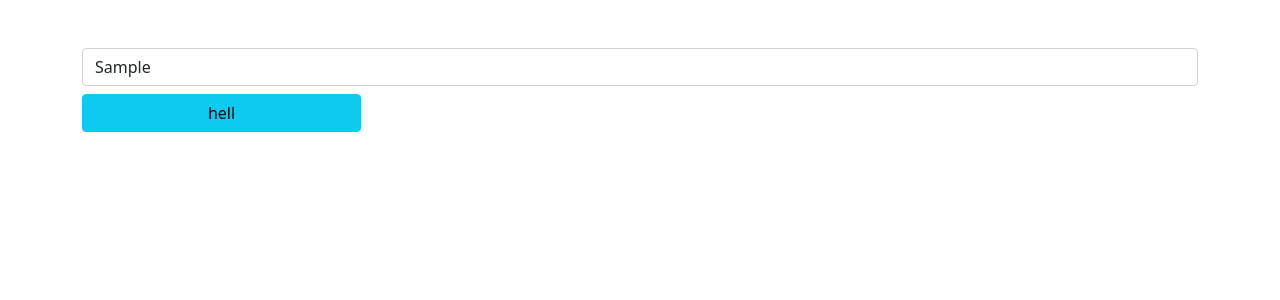
Repository: Ahmedalid/testing
Page: test.html
An editor plug-in stored every save of this project. The page is shown before and after a run of saves, followed by the edit.
The browser window is 1280 px wide. The pictures show the whole page.
Empty fields were first filled with sample values (such as "Sample", 5 or name@example.com).
After loading, the first visible `button.btn` was clicked once.

Above is the page before, as saved 2023-06-24 17:15:50.
Console error: SyntaxError: Unexpected token '}'

### test.html
<!DOCTYPE html>
<html lang="en">
<head>
    <meta charset="UTF-8">
    <meta name="viewport" content="width=device-width, initial-scale=1.0">
    <link rel="stylesheet" href="bootstrap.min.css">
    <title>Document</title>
</head>
<body>

    <!-- ##################1  -->
  <!-- <div class="container">
    <div class="row" id="my-row">

    </div>

  </div> -->
  <!-- ################### -->
  <!-- 2 -->
  <!-- <input type="text" class="form-control w-100" name="" id="user">
  <button class="btn " onclick="say()">say</button> -->
  <!-- 3 -->

  <div class="container">
    <div class="row py-5" id="my-row">
        <div>
            <input type="text" class="form-control" id="userNamInp" name="" id="">
            <button class="btn btn-info my-2 w-25" onclick="sayhello()">hell</button>
        </div>
        <div id="print" class="text-center"></div>
    </div>
  </div>

    <script src="bootstrap.bundle.min.js"></script>
    <script src="min.js"></script>

</body>
</html>

### min.js
// var x = Number( prompt("plz enter your number"))
// var y = Number( prompt("plz enter your Year"))
// var r = x + y
// console.log(r)


// var user = window.prompt("plz enter your username")

// if(user == "Admin"){
//     console.log("You Can add , Delete , edit , list");
// }
// else if(user == "Editor"){
//     console.log("You Can add  , list");
// }
// else if(user == "Viwer"){
//     console.log("You Can    list");
// }
// else {
//     console.log("Sorry");
// }

// var grade = window.prompt("plz enter grade")
// if (grade>0 && grade<= 100){
//     if(grade >= 85 && grade <=100){
//         console.log("A")
//     }
//      else if(grade >= 75 && grade <85){
//         console.log("B")
//     }
//      else if(grade >= 65 && grade <75){
//         console.log("C")
//     }
//      else if(grade >= 50 && grade <65){
//         console.log("D")
//     }else{
//         console.log("faill")
//     }
// }
// else{
//     console.log("FAIL")
// }

// ################################################
// var empty = ``
// for (var i = 0; i <100 ; i++){
//     empty += `
//     <div class="col-md-4">
//     <div class="bg-info">
//         <img src="2 (1).jpg" alt="" class="w-100">
//         <h1>ahmed Walid</h1>
//         <p>Lorem ipsum dolor sit amet consectetur adipisicing elit. Accusantium, architecto!</p>

//     </div>
// </div>
//     `
// }
// document.getElementById("my-row").innerHTML = empty
// ######################################
// for ( ; ; ){
//     console.log("ahmed")
// }
// ######################################
// 2
// var user = document.getElementById("user")
// function say(){
//     console.log(user.value)
// }
// 3
function sayhello(){
    var userNamInp = document.getElementById("userNamInp").value

    document.getElementById("print").innerHTML=
    `<span class="text-danger">Welcome ${}</span>`
}

Loaded but not shown: bootstrap.min.css (library); bootstrap.bundle.min.js (library)

After the next 3 saves:
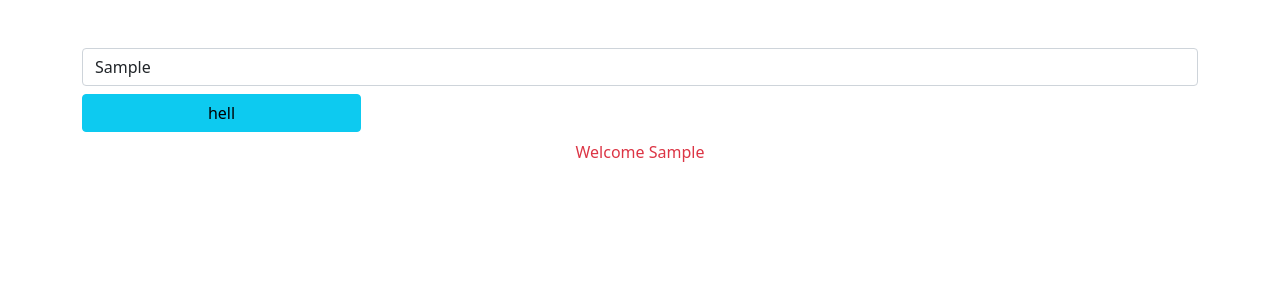
The error is gone.
The 3 saves are shown as one change because they came seconds apart.
The last was saved 9 s later.
--- a/min.js
+++ b/min.js
@@ -70,5 +70,5 @@ function sayhello(){
     var userNamInp = document.getElementById("userNamInp").value
 
     document.getElementById("print").innerHTML=
-    `<span class="text-danger">Welcome ${}</span>`
+    `<span class="text-danger">Welcome ${userNamInp}</span>`
 }
